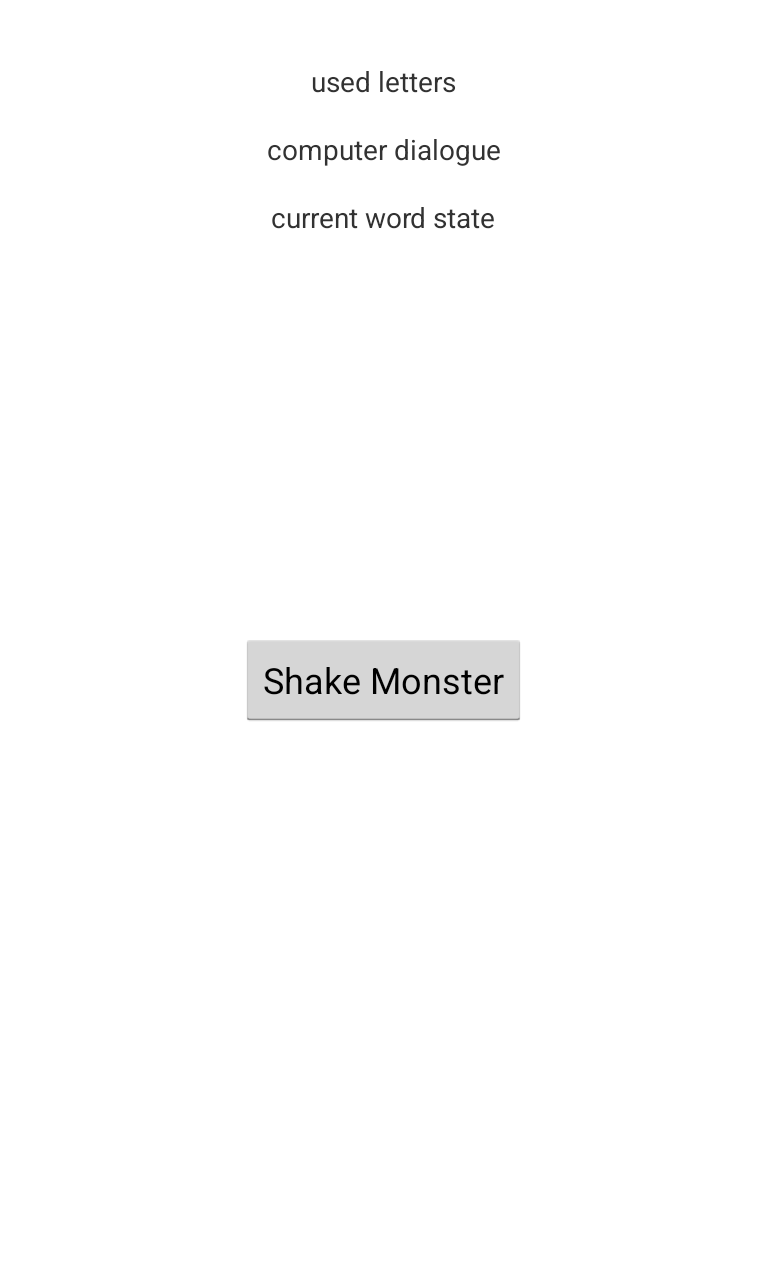
Repository: svandenhout/EvilSpaceMonsterHangman
Layout: evilSpaceMonsterHangman/res/layout/activity_main.xml
An editor plug-in stored every save of this project. The layout is shown before and after the next save, followed by the edit.
It is drawn on a 768 x 1280 px phone screen (xhdpi) without system bars, with theme AppTheme; the app's code is not run.

Above is the layout before, as saved 2013-12-16 19:30:51.

### evilSpaceMonsterHangman/res/layout/activity_main.xml
<RelativeLayout xmlns:android="http://schemas.android.com/apk/res/android"
              xmlns:tools="http://schemas.android.com/tools"
              android:layout_width="match_parent"
              android:layout_height="match_parent"
              android:paddingLeft="@dimen/activity_horizontal_margin"
              android:paddingRight="@dimen/activity_horizontal_margin"
              android:paddingTop="@dimen/activity_vertical_margin"
              android:paddingBottom="@dimen/activity_vertical_margin"
              tools:context=".MainActivity"
              android:orientation="vertical">

    <TextView
            android:id="@+id/usedLetters"
            android:layout_width="wrap_content"
            android:layout_height="wrap_content"
            android:text="@string/used_letters"
            android:layout_centerHorizontal="true"
            android:layout_marginTop="15dp"/>

    <TextView
            android:id="@+id/computerDialogue"
            android:layout_width="wrap_content"
            android:layout_height="wrap_content"
            android:layout_centerHorizontal="true"
            android:text="@string/computer_dialogue"
            android:layout_below="@+id/usedLetters"
            android:layout_marginTop="15dp"/>

    <TextView
            android:id="@+id/currentWordState"
            android:layout_width="wrap_content"
            android:layout_height="wrap_content"
            android:layout_below="@id/computerDialogue"
            android:text="@string/current_word_state"
            android:layout_centerHorizontal="true"
            android:layout_marginTop="15dp"/>

    <Button
        android:id="@+id/eye_6"
        android:layout_width="50dp"
        android:layout_height="50dp"
        android:layout_alignParentLeft="true"
        android:layout_marginTop="150dp"
        android:background="@null"/>

    <Button
        android:id="@+id/eye_2"
        android:layout_width="50dp"
        android:layout_height="50dp"
        android:layout_marginTop="150dp"
        android:layout_alignParentRight="true"
        android:background="@null"/>

    <Button
        android:id="@+id/eye_5"
        android:layout_width="50dp"
        android:layout_height="50dp"
        android:layout_alignLeft="@+id/eye_6"
        android:layout_below="@+id/eye_6"
        android:layout_marginLeft="30dp"
        android:layout_marginTop="10dp"
        android:background="@null"/>

    <Button
        android:id="@+id/eye_3"
        android:layout_width="50dp"
        android:layout_height="50dp"
        android:layout_centerHorizontal="true"
        android:layout_marginTop="120dp"
        android:background="@null"/>

    <Button
        android:id="@+id/eye_1"
        android:layout_width="50dp"
        android:layout_height="50dp"
        android:layout_alignRight="@+id/eye_2"
        android:layout_below="@+id/eye_2"
        android:layout_marginRight="30dp"
        android:layout_marginTop="10dp"
        android:background="@null"/>

    <Button
        android:id="@+id/eye_4"
        android:layout_width="50dp"
        android:layout_height="50dp"
        android:layout_below="@+id/eye_3"
        android:layout_centerHorizontal="true"
        android:layout_marginTop="15dp"
        android:background="@null"/>

    <Button
        android:id="@+id/shake_button"
        android:layout_width="wrap_content"
        android:layout_height="wrap_content"
        android:layout_centerHorizontal="true"
        android:layout_marginTop="300dp"
        android:text="@string/shake_monster"/>

    <ImageView
        android:id="@+id/space_monster"
        android:layout_width="fill_parent"
        android:layout_height="fill_parent"
        android:contentDescription="@drawable/spacemonster"/>

</RelativeLayout>

### evilSpaceMonsterHangman/res/values/strings.xml
<?xml version="1.0" encoding="utf-8"?>
<resources>

    <string name="app_name" >Hangman
    </string>

    <!-- settings & preferences -->
    <string name="hi_scores" >hi-scores
    </string>
    <string name="settings" >settings
    </string>
    <string name="reset" >reset game
    </string>

    <string name="title_user_name" >user name
    </string>
    <string name="title_word_length">word length
    </string>
    <string name="title_amount_of_turns">amount of turns
    </string>
    <string name="title_evil_mode">Evil Mode
    </string>

    <string name="summary_user_name">set your user name here
    </string>
    <string name="summary_word_length">set the length of the words that you want to use
    </string>
    <string name="summary_amount_of_turns">set the amount of turns until you lose
    </string>
    <string name="summary_evil_mode">Start playing Evil Mode, You will not win
    </string>

    <string name="dialog_user_name" >user name:
    </string>
    <string name="dialog_word_length">word length:
    </string>
    <string name="dialog_amount_of_turns">amount of turns:
    </string>
    <string name="dialog_evil_mode">Evil Mode?
    </string>


    <!-- game ui -->
    <string name="current_word" >current word
    </string>
    <string name="current_word_state" >current word state
    </string>
    <string name="used_letters" >used letters
    </string>
    <string name="computer_dialogue">computer dialogue</string>
    <string name="button_text">~</string>
    <string name="shake_monster">Shake Monster</string>

    <!-- game states -->
    <string name="game_won">game won
    </string>
    <string name="game_lost">game lost
    </string>

    <!-- computer monologue -->
    <string name="cmonologue_start">Pick a letter to start playing</string>
    <string name="cmonologue_used">This letter has already been used, try again</string>
    <string name="cmonologue_invalid">WHAT THE HELL IS THAT!?, try another one</string>
    <string name="cmonologue_wrong">Wrong guess, pick again</string>
    <string name="cmonologue_correct">Lucky, why don\'t you try again?</string>
    <string name="cmonologue_won">:((</string>
    <string name="cmonologue_lost">:-)</string>
</resources>

Loaded but not shown: evilSpaceMonsterHangman/res/values/styles.xml (common file); evilSpaceMonsterHangman/res/values-v11/styles.xml (common file); evilSpaceMonsterHangman/res/values-v14/styles.xml (common file); evilSpaceMonsterHangman/res/values/dimens.xml (common file)

After the next save:
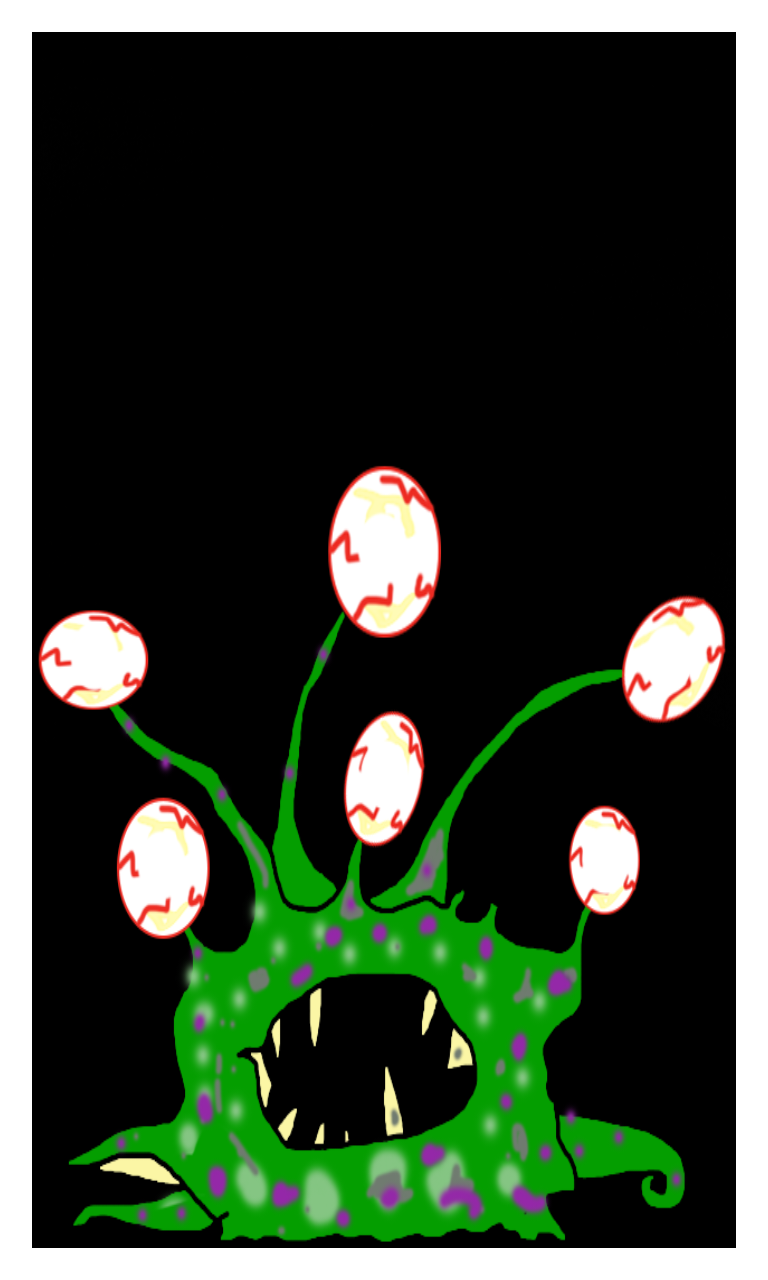
Saved 6 min 7 s later.
--- a/evilSpaceMonsterHangman/res/layout/activity_main.xml
+++ b/evilSpaceMonsterHangman/res/layout/activity_main.xml
@@ -100,6 +100,6 @@
         android:id="@+id/space_monster"
         android:layout_width="fill_parent"
         android:layout_height="fill_parent"
-        android:contentDescription="@drawable/spacemonster"/>
+        android:background="@drawable/spacemonster"/>
 
 </RelativeLayout>
